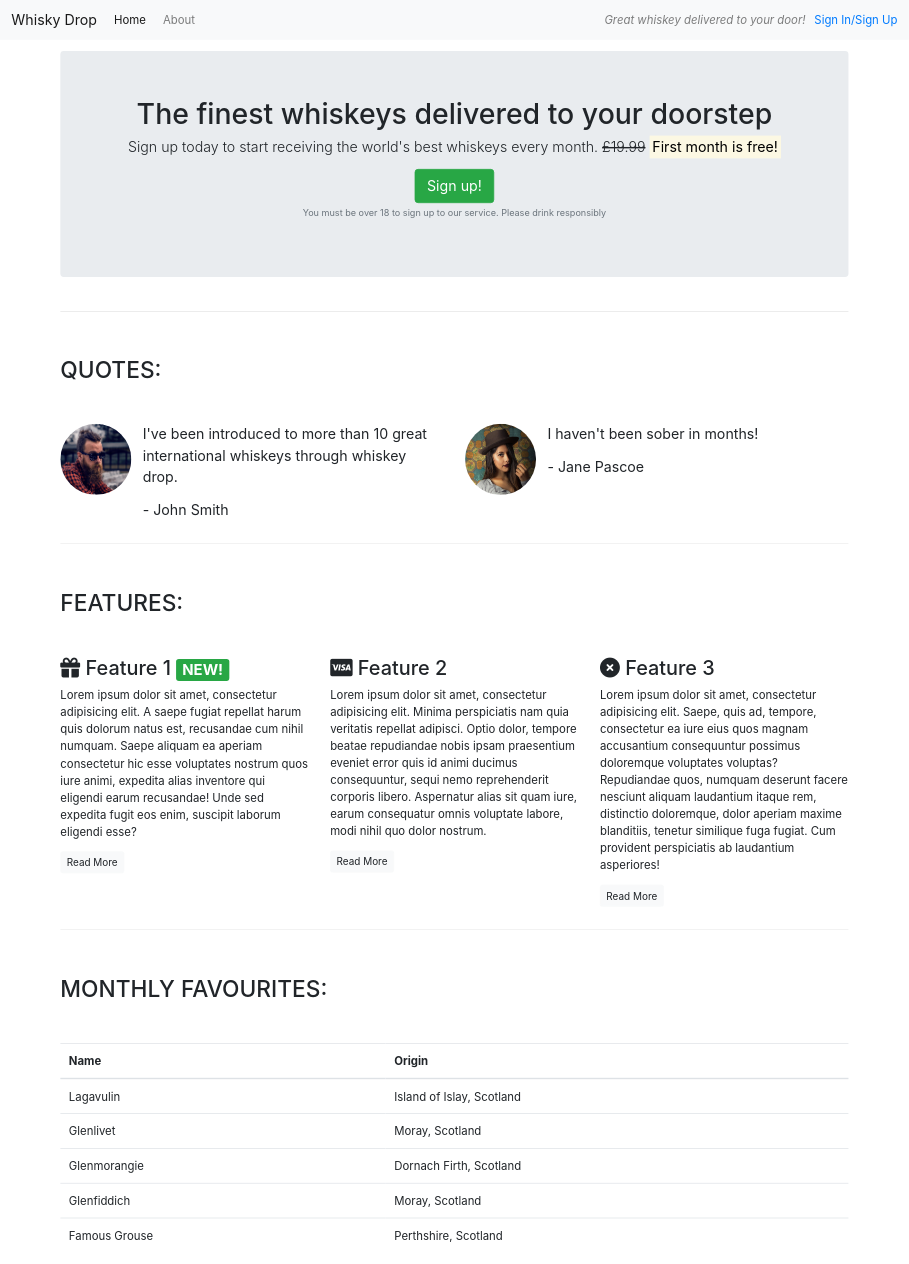
Repository: LouWills/WhiskeyDrop-bootstrap
Page: index.html
The author's editor kept a record of every edit. The page is drawn from the files as they stood at one moment, then again after the next edit.
The browser window is 1280 px wide. The pictures show the whole page, at 71% of full size.
Some web libraries are served in a nearby version.

Above is the page before.
Console error: TypeError: Cannot read properties of undefined (reading 'fn')

### index.html
<!DOCTYPE html>
<html lang="en">
<head>
    <meta charset="UTF-8">
    <meta name="viewport" content="width=device-width, initial-scale=1.0">
    <meta http-equiv="X-UA-Compatible" content="ie=edge">
    <link rel="stylesheet" href="https://stackpath.bootstrapcdn.com/bootstrap/4.3.1/css/bootstrap.min.css" integrity="sha384-ggOyR0iXCbMQv3Xipma34MD+dH/1fQ784/j6cY/iJTQUOhcWr7x9JvoRxT2MZw1T" crossorigin="anonymous">
<script src="https://stackpath.bootstrapcdn.com/bootstrap/4.3.1/js/bootstrap.min.js" integrity="sha384-JjSmVgyd0p3pXB1rRibZUAYoIIy6OrQ6VrjIEaFf/nJGzIxFDsf4x0xIM+B07jRM" crossorigin="anonymous"></script>
    <!--main.css are my own styles on the website-->
    <link rel="stylesheet" href="main.css" type="text/css" />
    <script src="https://kit.fontawesome.com/6b5936d46d.js"></script>
    <title>Whiskey Drop_Taste a new whiskey every month</title>
</head>

<body>
    <nav class="navbar navbar-light bg-light navbar-expand-sm">
        <a href="/" class="navbar-brand">Whisky Drop</a>
        <ul class="navbar-nav mr-auto nav-list-1">
            <li class="active nav-item mr-2"><a class="nav-link" href="/">Home</a></li>
            <li class="nav-item mr-2"><a class="nav-link" href="/about">About</a></li>
            <li class="nav-item mr-2 d-block d-sm-none"><a class="nav-link" href="/login">Sign In/Sign Up</a></li>
        </ul>
        <div class="d-none d-md-block">
        <p class="navbar-text my-auto mr-2"><i>Great whiskey delivered to your door!</i></p>
        <a href="/login">Sign In/Sign Up</a>
        </div>
    </nav>
   <article class="container mt-3">
       <!--callout-->
       <div class="row">
           <div class="col-12">
               <section class="callout jumbotron text-center">
                   <h1>The finest whiskeys delivered to your doorstep</h1>
                   <p class="lead">Sign up today to start receiving the world's best whiskeys every month. <s class="d-none d-sm-inline">£19.99</s>
                   <span class="d-inline d-sm-none"><br></span>
                   <strong><mark>First month is free!</mark></strong></p>
                    <button class="btn btn-success btn-lg btn-tablet">Sign up!</button>
                   <p class="text-muted"><small>You must be over 18 to sign up to our service. Please drink responsibly</small></p>
               </section>
           </div>
       </div>
       <!--/.callout-->
       <hr>

       <!-- Quotes -->
       <section class="quotes">
           <div class="row">
               <div class="col-12 my-5">
                   <h2 class="text-uppercase">Quotes:</h2>
               </div>
           </div>
           <div class="row">
               <div class="col-12 col-md-6">
                   <div class="media">
                       <div class="d-none d-sm-block">
                           <img src="images/guy-image.png" class="rounded-circle mr-3" height=100 width=100>
                       </div>
                       <div class="media-body">
                           <blockquote class="blockquote">
                               <p>I've been introduced to more than 10 great international whiskeys through whiskey drop.</p>
                               <p>- John Smith</p>
                           </blockquote>
                       </div>
                   </div>
               </div>
               <div class="col-12 col-md-6">
                   <div class="media">
                       <div class="d-none d-sm-block">
                           <img src="images/girl-image.png" class="rounded-circle mr-3" height=100 width=100>
                        </div>
                       <div class="media-body">
                           <blockquote class="blockquote">
                               <p>I haven't been sober in months!</p>
                               <p>- Jane Pascoe</p>
                           </blockquote>
                        </div>
                   </div>
               </div>
           </div>
        </section>
        <!--/.quotes-->

        <hr>

        <!--Features-->
        <section class="features">
            <div class="row">
                <div class="col-12 my-5">
                    <h2 class="text-uppercase">Features:</h2>
                </div>
            </div>
            <div class="row">
                <div class="col-12 col-md-6 col-lg-4">
                    <div class="feature">
                        <h3><i class="fas fa-gift d-none d-sm-inline"></i> Feature 1 <span class="badge badge-success">NEW!</span></h3>
                        <p>Lorem ipsum dolor sit amet, consectetur adipisicing elit. A saepe fugiat repellat harum quis dolorum natus est, recusandae cum nihil numquam. Saepe aliquam ea aperiam consectetur hic esse voluptates nostrum quos iure animi, expedita alias inventore qui eligendi earum recusandae! Unde sed expedita fugit eos enim, suscipit laborum eligendi esse?</p>
                        <p><a class="btn btn-sm btn-light btn-tablet" href="">Read More</a></p>
                    </div>
                </div>
                <div class="col-12 col-md-6 col-lg-4">
                    <div class="feature">
                        <h3><i class="fab fa-cc-visa d-none d-sm-inline"></i> Feature 2</h3>
                        <p>Lorem ipsum dolor sit amet, consectetur adipisicing elit. Minima perspiciatis nam quia veritatis repellat adipisci. Optio dolor, tempore beatae repudiandae nobis ipsam praesentium eveniet error quis id animi ducimus consequuntur, sequi nemo reprehenderit corporis libero. Aspernatur alias sit quam iure, earum consequatur omnis voluptate labore, modi nihil quo dolor nostrum.</p>
                        <p><a class="btn btn-sm btn-light btn-tablet" href="">Read More</a></p>
                    </div>
                </div>
                <div class="col-12 d-md-none d-lg-block col-lg-4">
                    <div class="feature">
                        <h3><i class="fas fa-times-circle d-none d-sm-inline"></i> Feature 3</h3>
                        <p>Lorem ipsum dolor sit amet, consectetur adipisicing elit. Saepe, quis ad, tempore, consectetur ea iure eius quos magnam accusantium consequuntur possimus doloremque voluptates voluptas? Repudiandae quos, numquam deserunt facere nesciunt aliquam laudantium itaque rem, distinctio doloremque, dolor aperiam maxime blanditiis, tenetur similique fuga fugiat. Cum provident perspiciatis ab laudantium asperiores!</p>
                        <p><a class="btn btn-sm btn-light btn-tablet" href="">Read More</a></p>
                    </div>
                </div>
            </div>
        </section>
        <!-- /.Features -->

        <hr>

        <!--Monthly Favourites-->
        <section class="monthlyFavourites">
            <div class="row">
                <div class="col-12 my-5">
                    <h2 class="text-uppercase">Monthly favourites:</h2>
                </div>
            </div>
            <div class="row">
                <div class="col-12">
                    <table class="table">
                        <thead>
                            <tr>
                              <th scope="col" class="tab-header">Name</th>
                              <th scope="col" class="tab-header">Origin</th>
                            </tr>
                        </thead>
                        <tbody>
                            <tr>
                              <td>Lagavulin</td>
                              <td>Island of Islay, Scotland</td>
                            </tr>
                            <tr>
                              <td>Glenlivet</td>
                              <td>Moray, Scotland</td>
                            </tr>
                            <tr>
                              <td>Glenmorangie</td>
                              <td>Dornach Firth, Scotland</td>
                            </tr>
                             <tr>
                              <td>Glenfiddich</td>
                              <td>Moray, Scotland</td>
                            </tr>
                            <tr>
                              <td>Famous Grouse</td>
                              <td>Perthshire, Scotland</td>
                            </tr>
                        </tbody>
                    </table>
                </div>
            </div>
        </section>
   </article>
</body>
</html>

### main.css
@media (max-width: 767px) {
    .btn-tablet {
    margin:auto;
    display:block;
}
}

After the next edit:
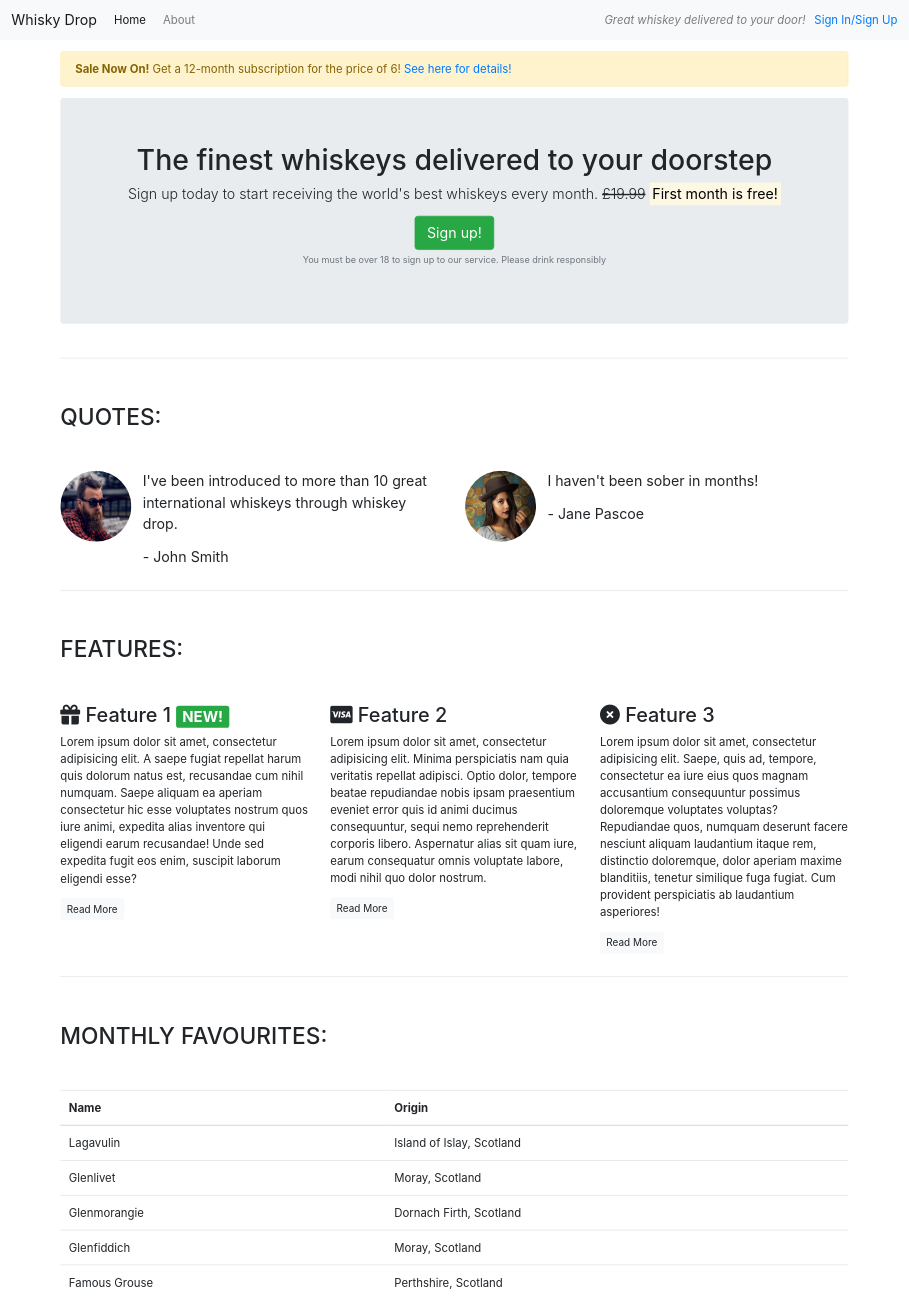
The edit:
--- a/index.html
+++ b/index.html
@@ -26,6 +26,13 @@
         </div>
     </nav>
    <article class="container mt-3">
+       <div class="row">
+           <div class="col-12">
+               <div class="alert alert-warning">
+                   <strong>Sale Now On!</strong> Get a 12-month subscription for the price of 6! <a href="/">See here for details!</a>
+               </div>
+           </div>
+       </div>
        <!--callout-->
        <div class="row">
            <div class="col-12">
